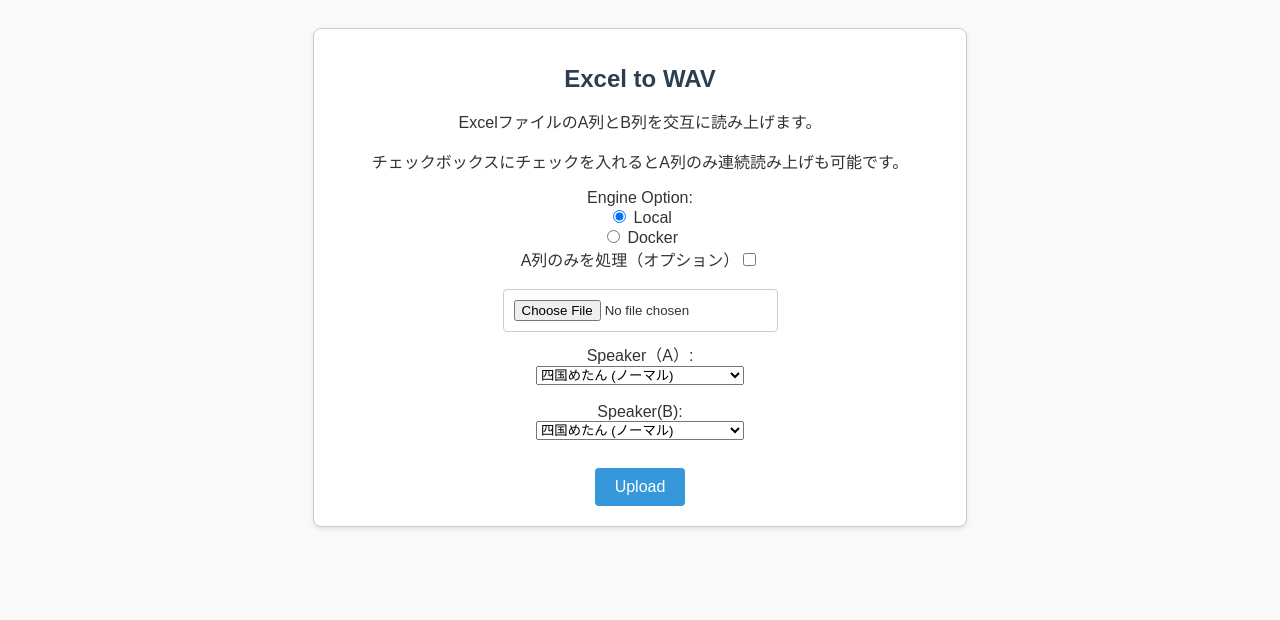
Repository: limonene213u/Excel-to-VOICE
Page: http://localhost/
An editor plug-in stored every save of this project. The page is shown before and after the next save, followed by the edit.
The browser window is 1280 px wide. The pictures show the whole page.
The page is served by the project's application, run on Flask 3 (volume/app.py).

Above is the page before, as saved 2023-10-11 10:42:04.

After the next save:
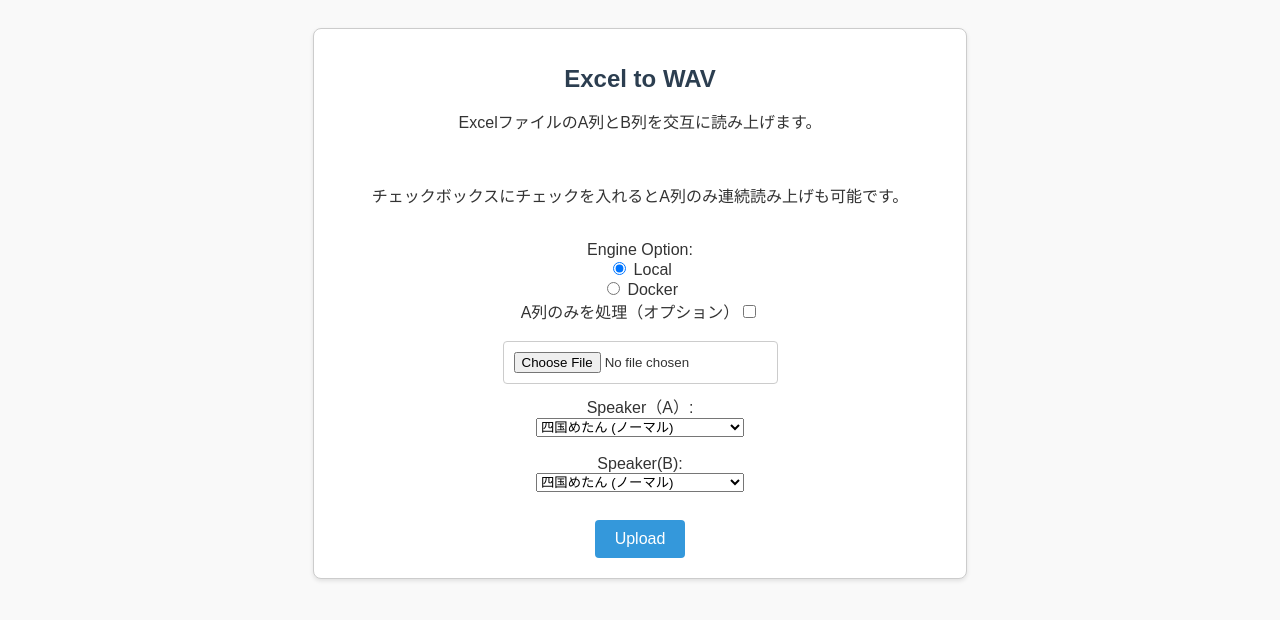
Saved 37 s later.
--- a/volume/templates/index.html
+++ b/volume/templates/index.html
@@ -50,8 +50,8 @@
 <body>
     <div id="upload-form">
         <h1>Excel to WAV</h1>
-        <p>ExcelファイルのA列とB列を交互に読み上げます。</p>
-        <p>チェックボックスにチェックを入れるとA列のみ連続読み上げも可能です。</p>
+        <p style="text-align: center;">ExcelファイルのA列とB列を交互に読み上げます。</p><br>
+        <p style="text-align: center;">チェックボックスにチェックを入れるとA列のみ連続読み上げも可能です。</p><br>
     <form action="/upload" method="post" enctype="multipart/form-data">
         <label for="engine-option">Engine Option:</label><br>
         <input type="radio" id="local-engine" name="engine-option" value="local" checked>
